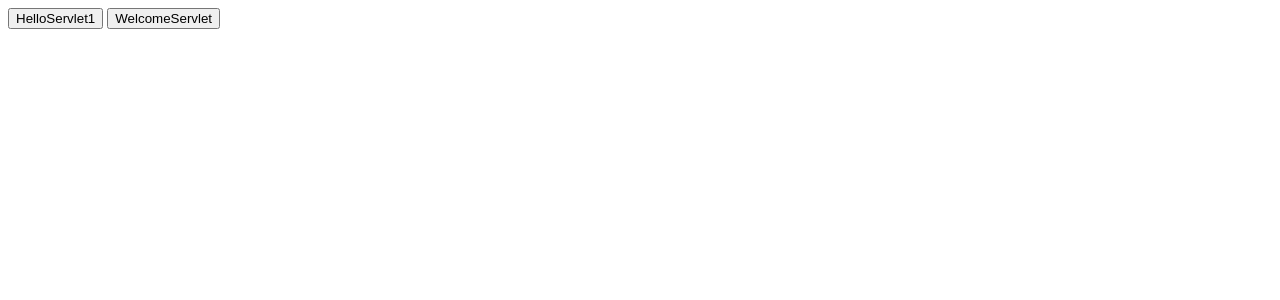
Repository: kf3225/backup
Page: http://localhost/HelloServlet1/
The author's editor kept a copy of each file at every save. The page is drawn from the files as they stood at one save, then again after the next save.
The browser window is 1280 px wide. The pictures show the whole page.
The page is served by Tomcat 9.

Above is the page before, as saved 2018-01-11 01:32:27.

After the next save:
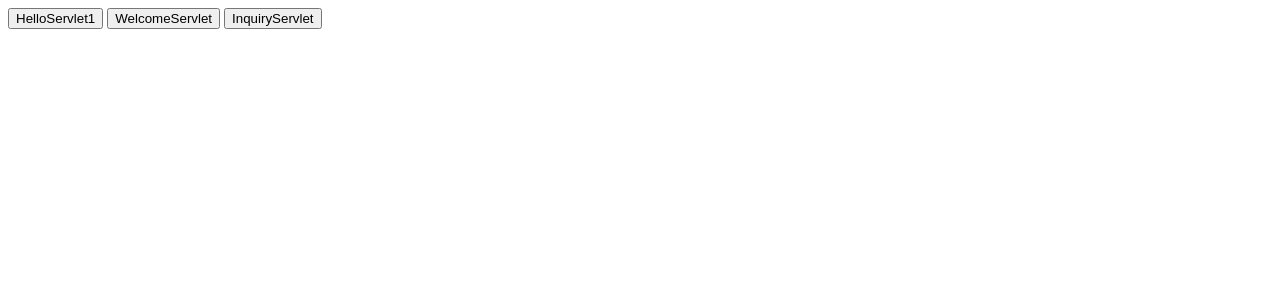
Saved 91 s later.
--- a/HelloServlet1/WebContent/index.jsp
+++ b/HelloServlet1/WebContent/index.jsp
@@ -9,5 +9,6 @@ pageEncoding="UTF-8" %>
 	<body>
 		<input type="button" value="HelloServlet1" onClick="location.href='HelloServlet1'">
 		<input type="button" value="WelcomeServlet" onClick="location.href='welcome.jsp'">
+		<input type="button" value="InquiryServlet" onClick="location.href='inquiry.jsp'">
 	</body>
 </html>
